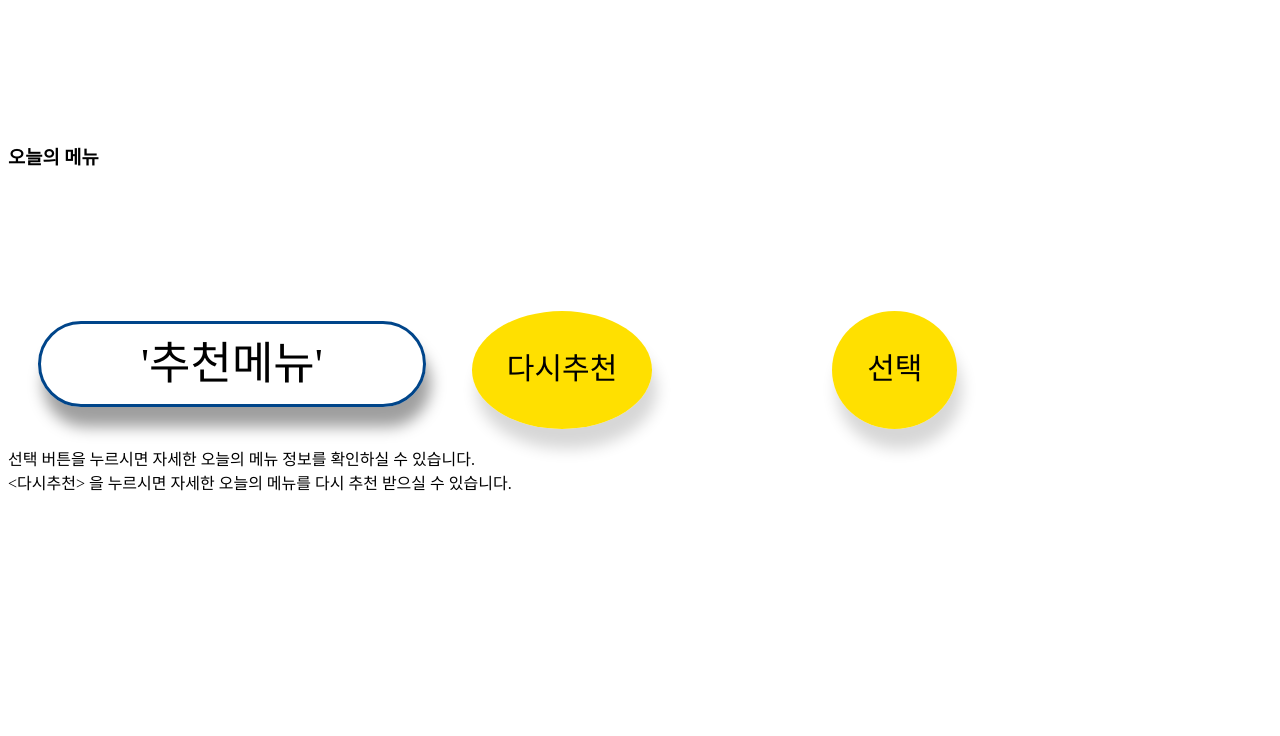
Repository: hkh00700/JustDoEat_Web
Page: http://localhost/justdoeat/WEB-INF/views/home.jsp
An editor plug-in stored every save of this project. The page is shown before and after the next save, followed by the edit.
The browser window is 1280 px wide. The pictures show the whole page.
The page is served by Tomcat 9. Nobody is signed in. The template is opened directly, without the code that normally fills it, so the values that code supplies are empty.

Above is the page before, as saved 2021-05-18 02:48:26.

After the next save:
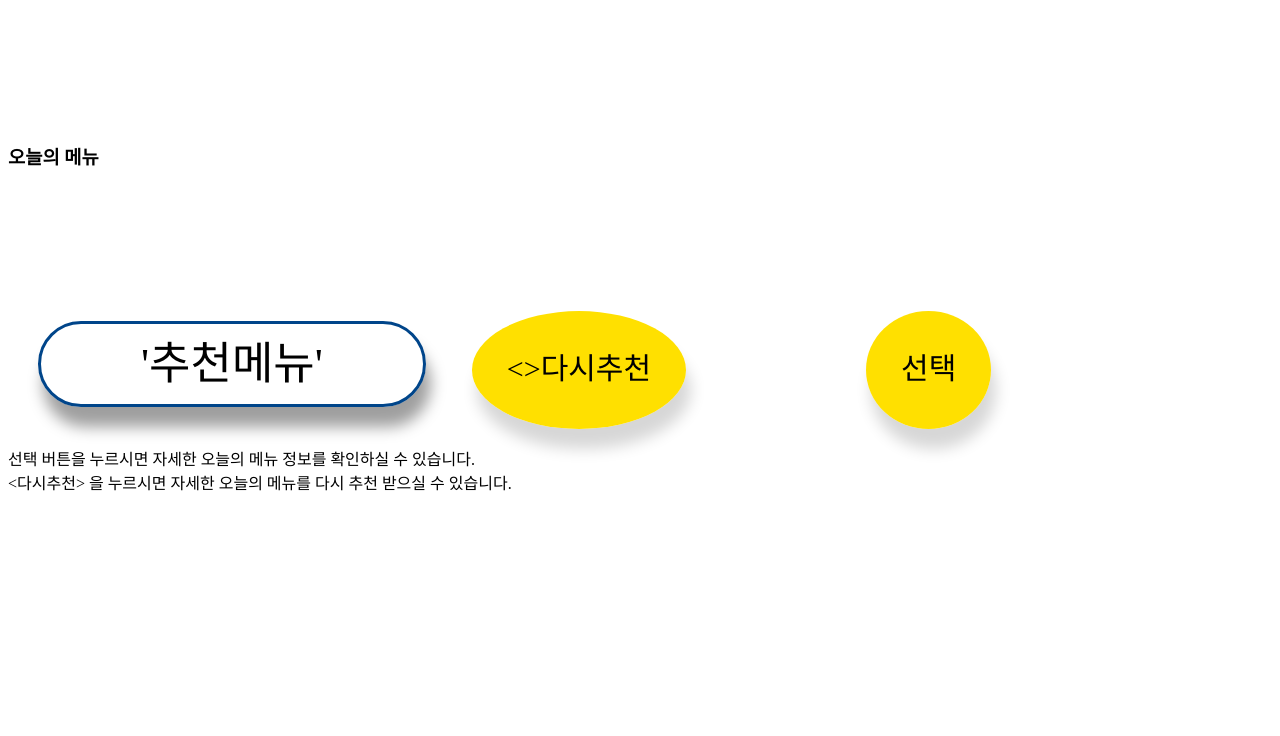
Saved 79 s later.
--- a/justdoeat/src/main/webapp/WEB-INF/views/home.jsp
+++ b/justdoeat/src/main/webapp/WEB-INF/views/home.jsp
@@ -49,7 +49,7 @@
 <body>
 	<div class="content">
 		<h3>오늘의 메뉴</h3>
-		<a>'추천메뉴'</a><a class='resel'>다시추천</a><a class='select'>선택</a>
+		<a>'추천메뉴'</a><a class='resel'><>다시추천</a><a class='select'>선택</a>
 		<br/><br/><br/><br/>
 		선택 버튼을 누르시면 자세한 오늘의 메뉴 정보를 확인하실 수 있습니다.<br/>
 		<다시추천> 을 누르시면 자세한 오늘의 메뉴를 다시 추천 받으실 수 있습니다.
